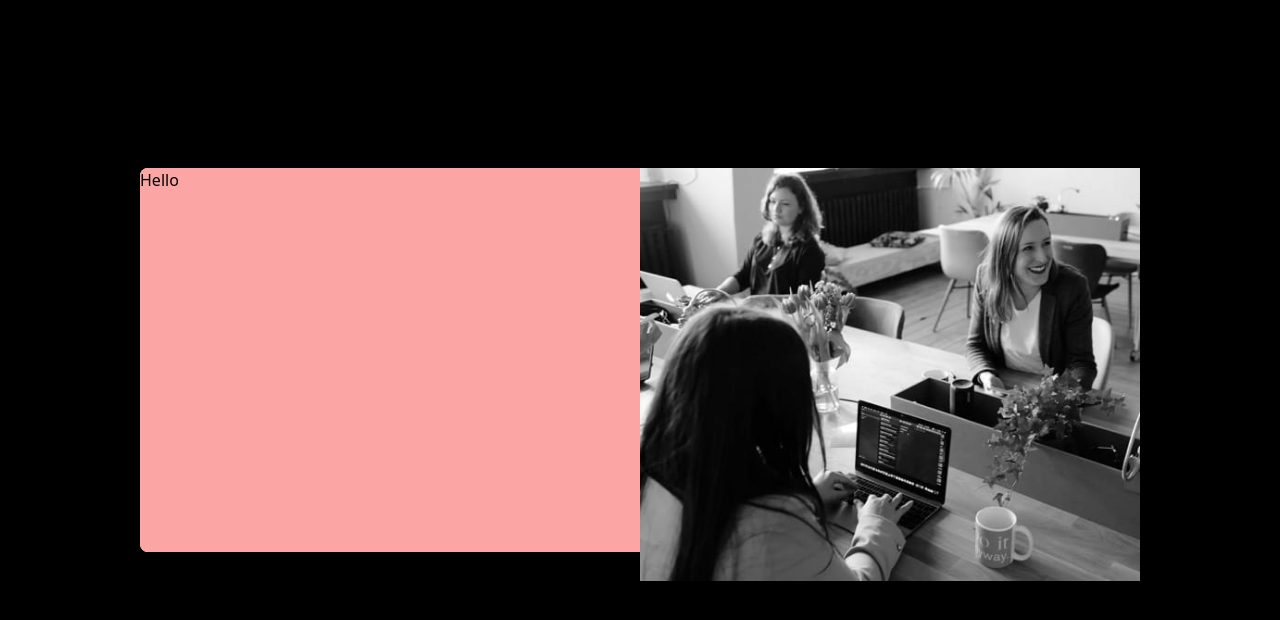
Repository: BerlinWebDev/FrontendMaster_PreviewMentor
Page: /
An editor plug-in stored every save of this project. The page is shown before and after a run of saves, followed by the edit.
The browser window is 1280 px wide. The pictures show the whole page.
The project was rebuilt for these pictures with package versions that can differ from the ones it lists, and the page was loaded fresh each time.

Above is the page before, as saved 2023-11-11 01:47:35.

### src/App.js
import Image from "./assets/image-header-desktop.jpg";

function App() {
  return (
    <>
      <header>
        <title>Challenge</title>
        <meta name="description" content="Challenge" />
        <link rel="icon" href="/favicon.ico" />
      </header>
      <main className="flex min-h-screen flex-col items-center justify-center bg-black">
        <div className="flex h-96 w-[1000px] rounded-lg bg-white">
          <aside className="w-1/2 bg-red-300 rounded-l-lg">Hello</aside>
          <aside className="w-1/2 bg-red-200 rounded-l-lg">
            <img className="object-contain" src={Image} alt="Header-Desktop" />
          </aside>
        </div>
      </main>
    </>
  );
}

export default App;

Loaded but not shown: public/index.html (common file); src/index.js (common file); src/index.css (common file); tailwind.config.js (common file)

After the next 2 saves:
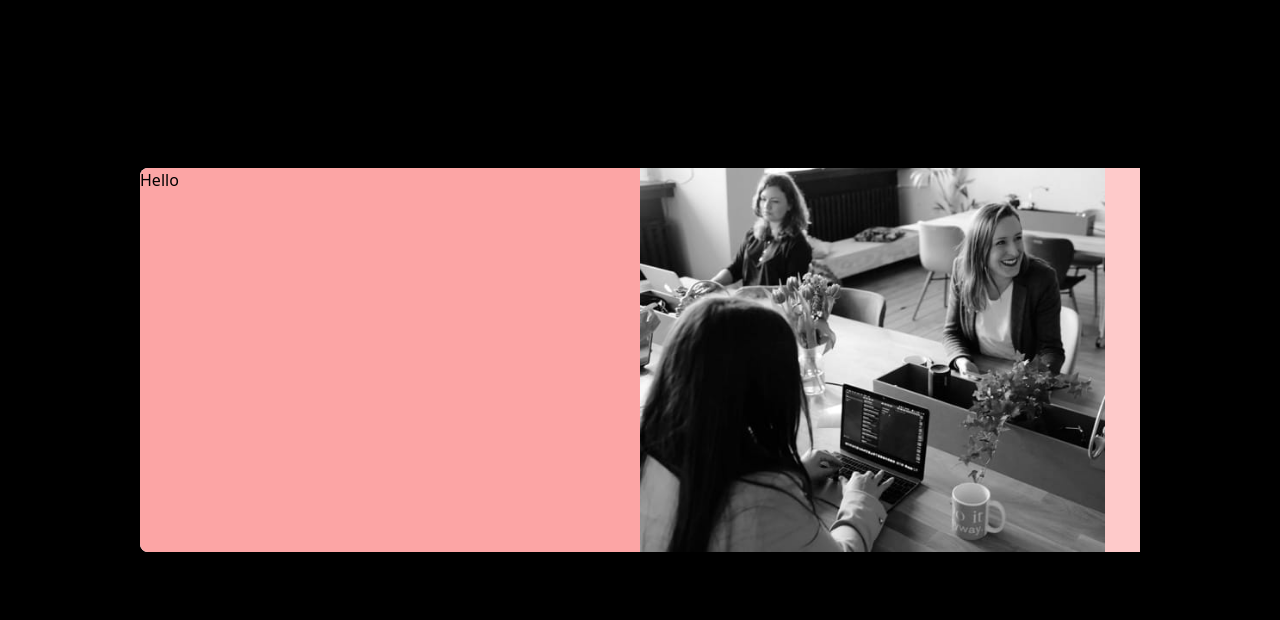
The 2 saves are shown as one change because 1 did not build or start.
The last was saved 17 s later.
--- a/src/App.js
+++ b/src/App.js
@@ -12,7 +12,7 @@ function App() {
         <div className="flex h-96 w-[1000px] rounded-lg bg-white">
           <aside className="w-1/2 bg-red-300 rounded-l-lg">Hello</aside>
           <aside className="w-1/2 bg-red-200 rounded-l-lg">
-            <img className="object-contain" src={Image} alt="Header-Desktop" />
+            <img className="h-96" src={Image} alt="Header-Desktop" />
           </aside>
         </div>
       </main>
